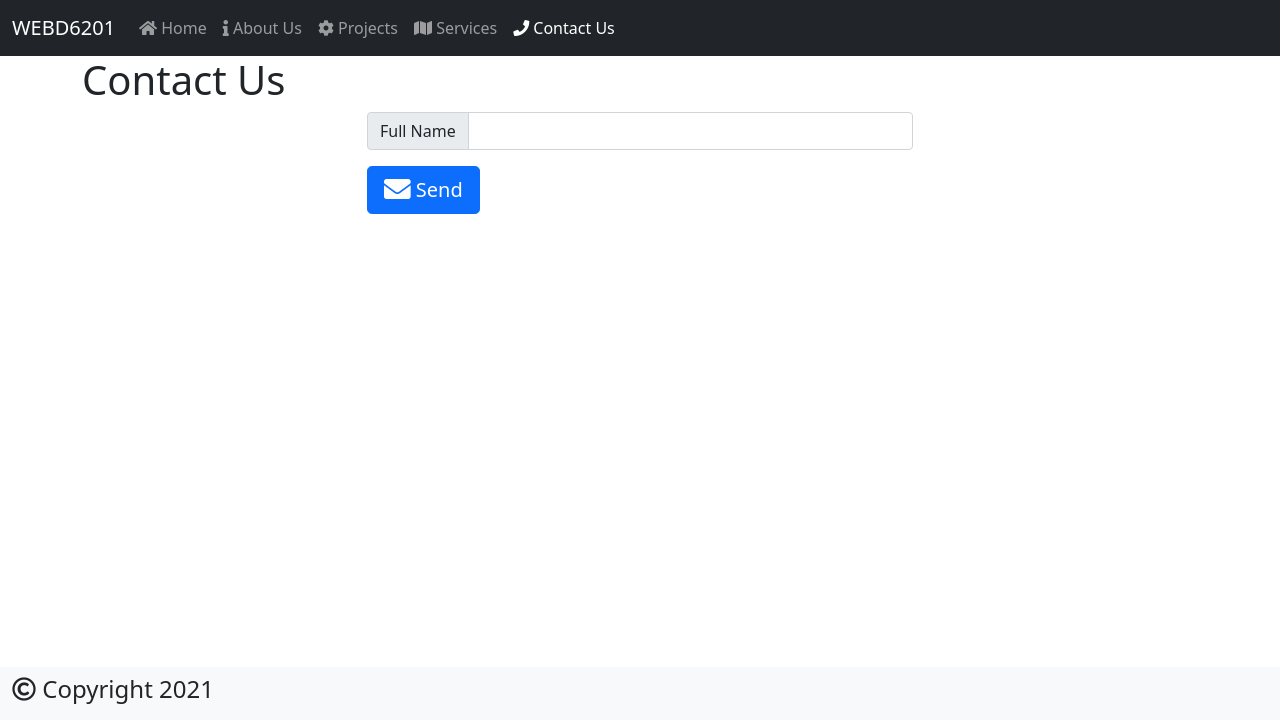
Repository: spencernewellevans/WEBD6201-ICE01
Page: contact.html
These files come from the project's save history. The page is drawn as it stood at one moment and after the next save; the edit follows.
The browser window is 1280 px wide. The pictures show the whole page.

Above is the page before, as saved 2021-01-22 19:42:01.

After the next save:
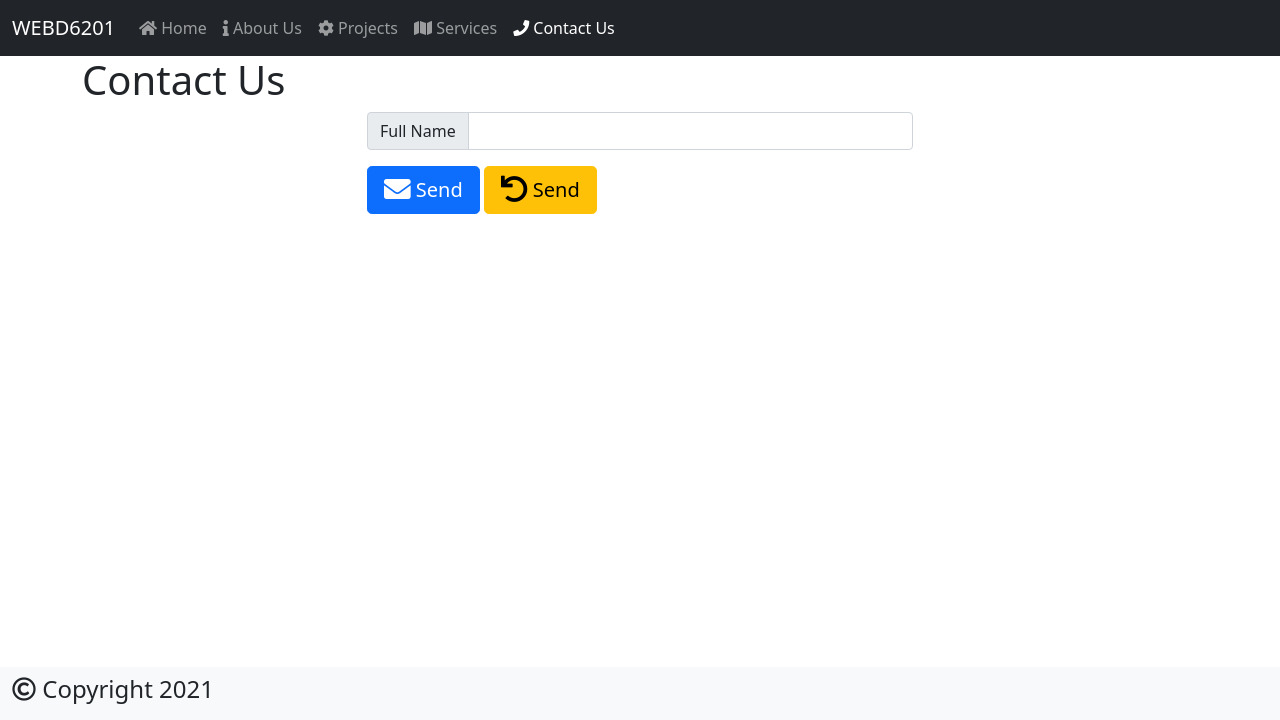
Saved 46 s later.
--- a/contact.html
+++ b/contact.html
@@ -59,6 +59,7 @@
             </div>
 
             <button type="submit" class="btn btn-primary btn-lg"><i class="fas fa-envelope fa-lg"></i> Send</button>
+            <button type="reset" class="btn btn-warning btn-lg"><i class="fas fa-undo fa-lg"></i> Send</button>
           </form>
         </div>
 
